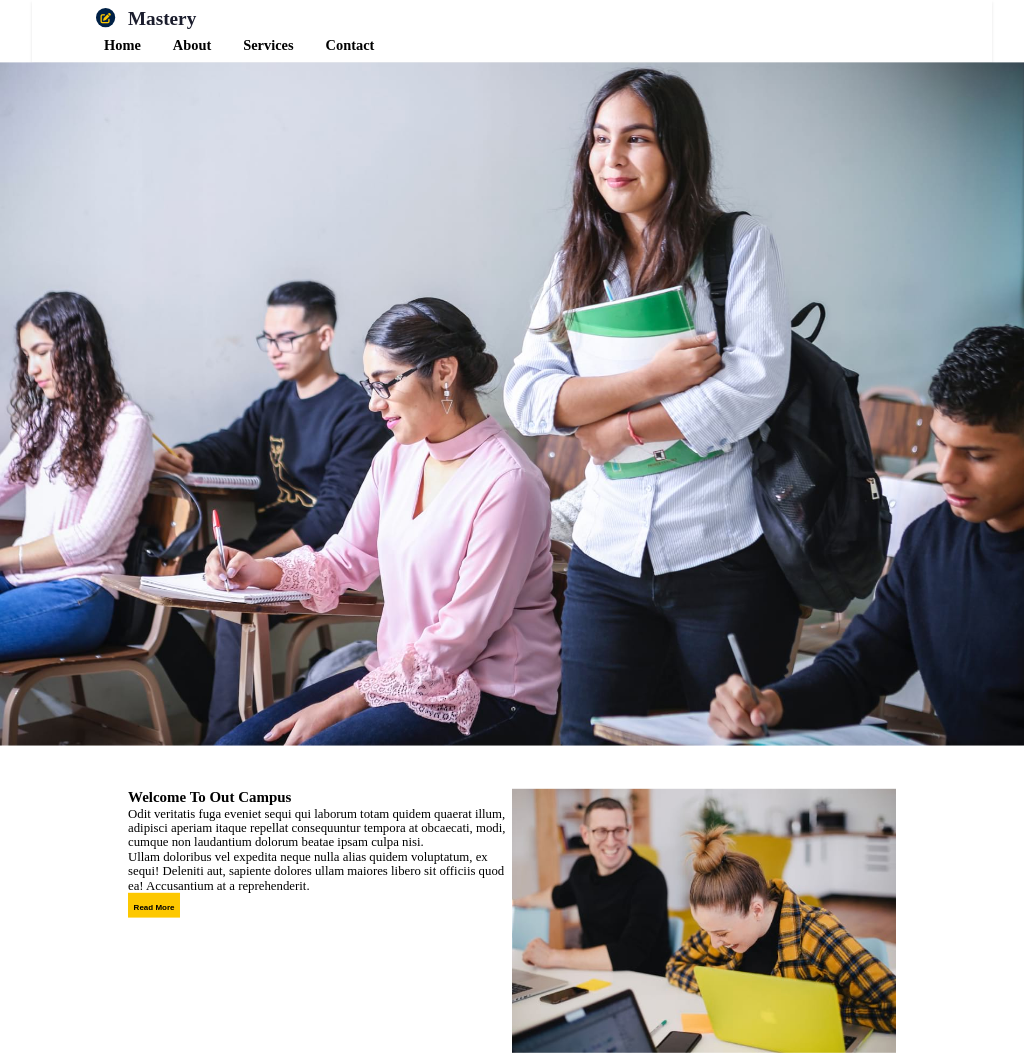
Repository: trminhphuc1504/Mastery
Page: index.html
An editor plug-in stored every save of this project. The page is shown before and after the next save, followed by the edit.
The browser window is 1280 px wide. The pictures show the whole page, at 80% of full size.
Some web libraries are served in a nearby version.

Above is the page before, as saved 2024-08-22 16:35:43.

### index.html
<!DOCTYPE html>
<html lang="en">
  <head>
    <meta charset="UTF-8" />
    <meta http-equiv="X-UA-Compatible" content="IE=edge" />
    <meta name="viewport" content="width=device-width, initial-scale=1.0" />

    <!-- Font Awesome -->
    <link
      rel="stylesheet"
      href="https://cdnjs.cloudflare.com/ajax/libs/font-awesome/6.6.0/css/all.min.css"
    />

    <link rel="stylesheet" href="./css/style.css" />
    <title>Mastery</title>
  </head>
  <body>
    <!-- Header -->
    <section id="header">
      <div class="container">
        <header>
          <div class="header-logo">
            <a href="#" class="logo">
              <i class="fa-solid fa-pen-to-square"> </i>
              <span class="header-title">Mastery</span>
            </a>
          </div>

          <nav class="header-nav">
            <ul>
              <li>
                <a href="#">Home</a>
              </li>
              <li>
                <a href="#">About</a>
              </li>
              <li>
                <a href="#">Services</a>
              </li>
              <li>
                <a href="#">Contact</a>
              </li>
            </ul>
          </nav>
        </header>
      </div>
    </section>

    <!-- poster -->
    <section id="poster">
      <div class="poster-img">
        <img src="./images/2.jpg" alt="poster" />
      </div>
    </section>

    <!-- banner -->

    <section id="banner">
      <div class="banner-content">
        <div class="banner-container">
          <div class="banner-item">
            <div id="left">
              <h3 class="banner-title">Welcome To Out Campus</h3>
              <p class="banner-desc">
                Odit veritatis fuga eveniet sequi qui laborum totam quidem
                quaerat illum, adipisci aperiam itaque repellat consequuntur
                tempora at obcaecati, modi, cumque non laudantium dolorum beatae
                ipsam culpa nisi.<br />
                Ullam doloribus vel expedita neque nulla alias quidem
                voluptatum, ex sequi! Deleniti aut, sapiente dolores ullam
                maiores libero sit officiis quod ea! Accusantium at a
                reprehenderit.
              </p>
              <div class="banner-button">
                <button class="banner-btn"><b> Read More </b></button>
              </div>
            </div>
            <div id="right">
              <img src="./images/g1.jpg" alt="banner" />
            </div>
          </div>
        </div>
        <!-- <div class="banner-button">
          <button class="banner-btn"><b> Read More </b></button>
        </div> -->
        <!-- <div id="right">
          <img src="./images/g1.jpg" alt="banner" />
        </div> -->
      </div>
    </section>
  </body>
</html>

### css/style.css
* {
    margin: 0;
    padding: 0;
    box-sizing: border-box;
}

a{
    text-decoration: none;
}

.container{
    max-width: 1200px;
    margin: auto;
}



/* header .header-logo{
    background-color:pink;
    padding: 20px ;
} */

/* Header */

header{
    background-color:white;
    padding: 10px 0;
    box-shadow: 0 2px 4px rgba(0, 0, 0, 0.1);
}

.header-logo{
    display: flex;
    align-items:center;
    margin-left: 80px;
    margin-bottom: 10px;
}

.logo{
    font-size:24px;
    text-decoration: none;
    text-align: center;

}

.logo i{
    width: 24px;
    height: 24px;
    margin-right: 10px;
    line-height: 24px;
    border-radius:50%;
    background-color:#002146;
    font-size: 13px;
    vertical-align: top;
    color:#FDC800;
    display: inline-block;
}


.header-nav ul{
    list-style: none;
    display: flex;
    gap: 40px;
    display: flex;
    align-items: center;
    margin-left:90px;
}


.logo .header-title{
    color:#1B1D2D;
    font-weight: 700;
}


.header-nav ul li a{
    font-size:18px;
    color:#000;
    font-weight: 600;
}

/* Poster */
.poster-img img{
    width:100%;
}

/* Banner */
.banner-content .banner-container{
    margin:auto;
    width:75%;
}

 .banner-content .banner-container .banner-item #left{
    float:left;
    width: 50%;
}

 .banner-content .banner-container{
    padding-top: 50px;
}

.banner-content .banner-container .banner-item #right{
    float:right;
    width: 50%;
}

 .banner-content .banner-container .banner-item #right img{
    width: 100%;
}


.banner-button .banner-btn{
    background-color:#FDC800;
    padding: 5px 5px;
    font-weight: 400;
    font-size: 15px;
    outline: none;
    border:2px solid transparent;
}

.banner-button .banner-btn b{
    font-size: 10px;
}

After the next save:
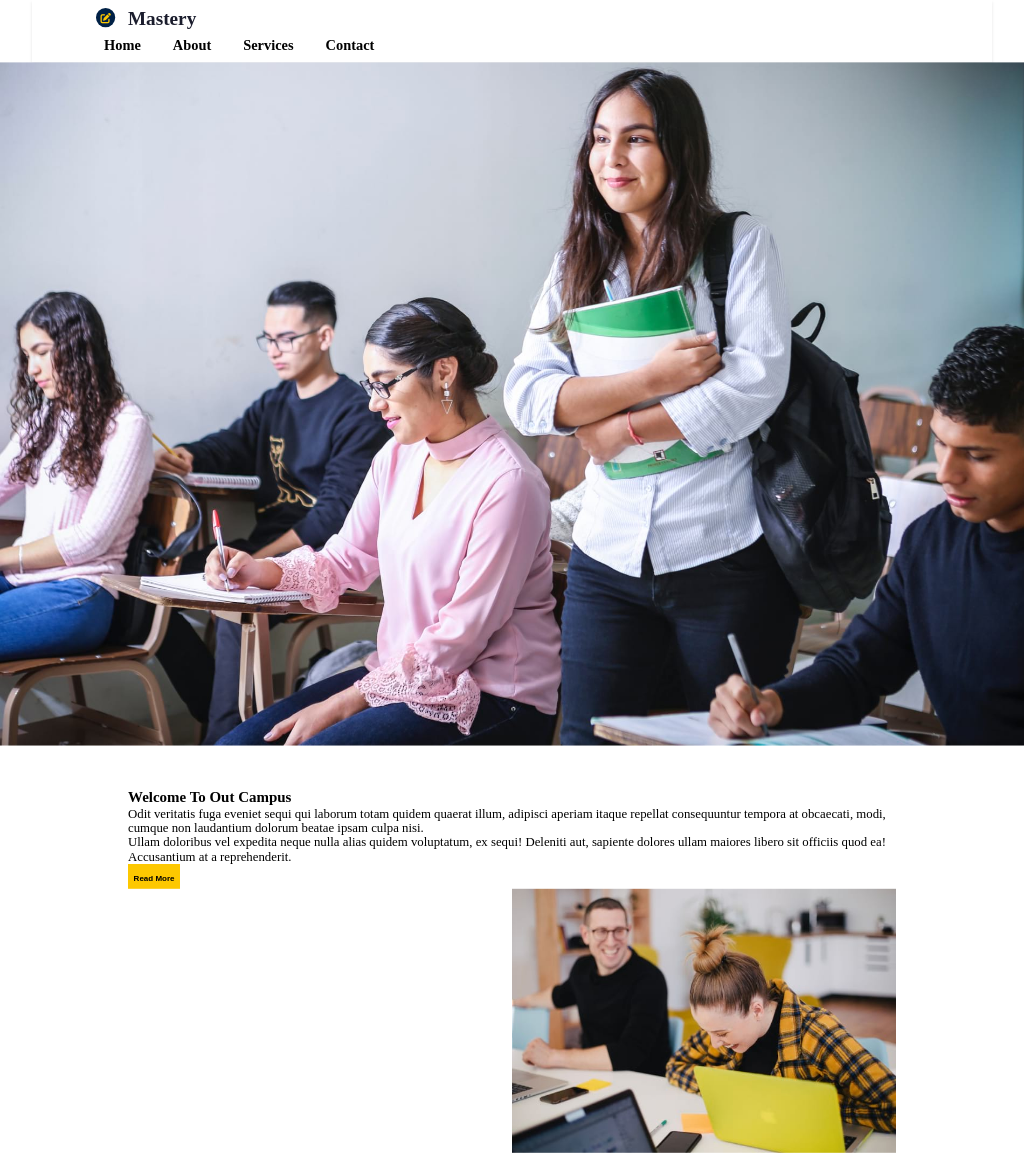
Saved 45 s later.
--- a/css/style.css
+++ b/css/style.css
@@ -91,7 +91,7 @@
 
  .banner-content .banner-container .banner-item #left{
     float:left;
-    width: 50%;
+    /* width: 50%; */
 }
 
  .banner-content .banner-container{

After the save that followed:
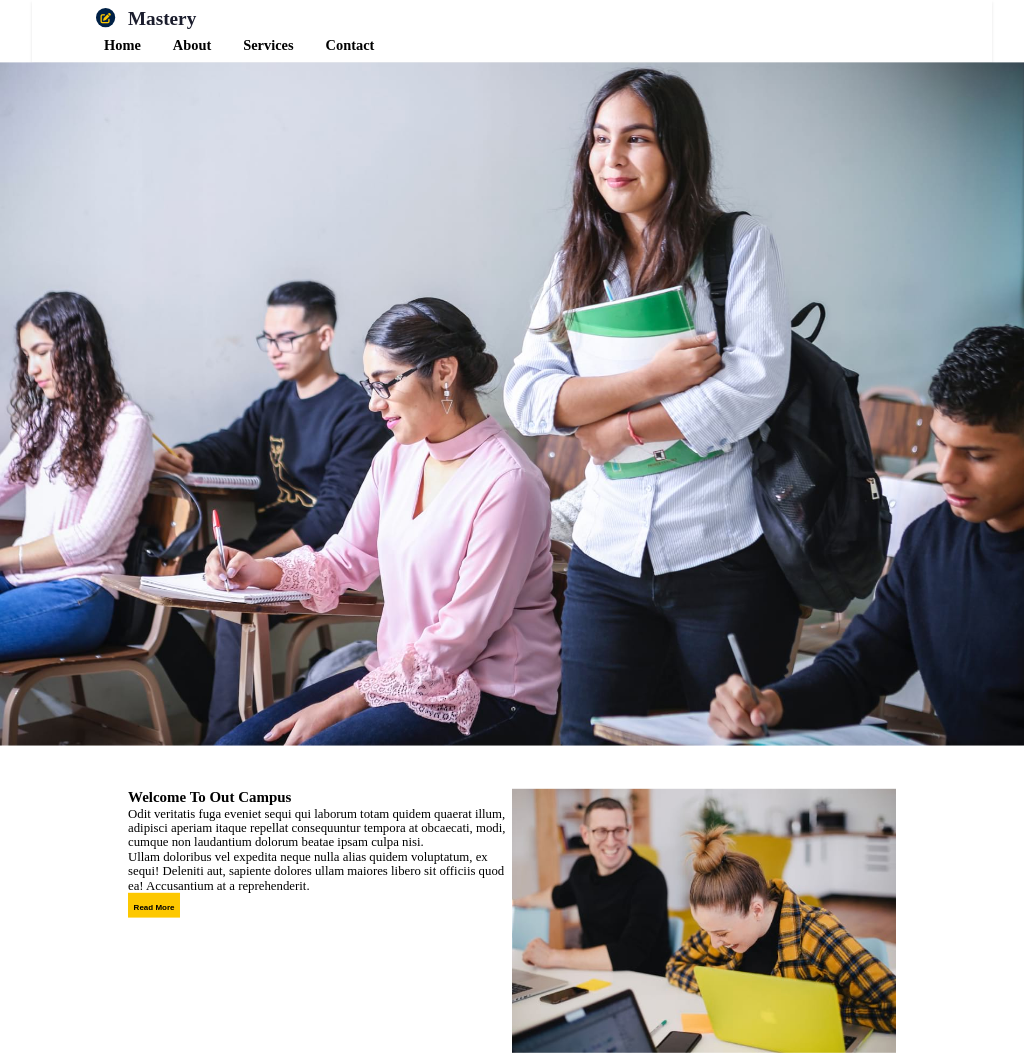
Saved 4 s later.
--- a/css/style.css
+++ b/css/style.css
@@ -91,7 +91,7 @@
 
  .banner-content .banner-container .banner-item #left{
     float:left;
-    /* width: 50%; */
+    width: 50%;
 }
 
  .banner-content .banner-container{
